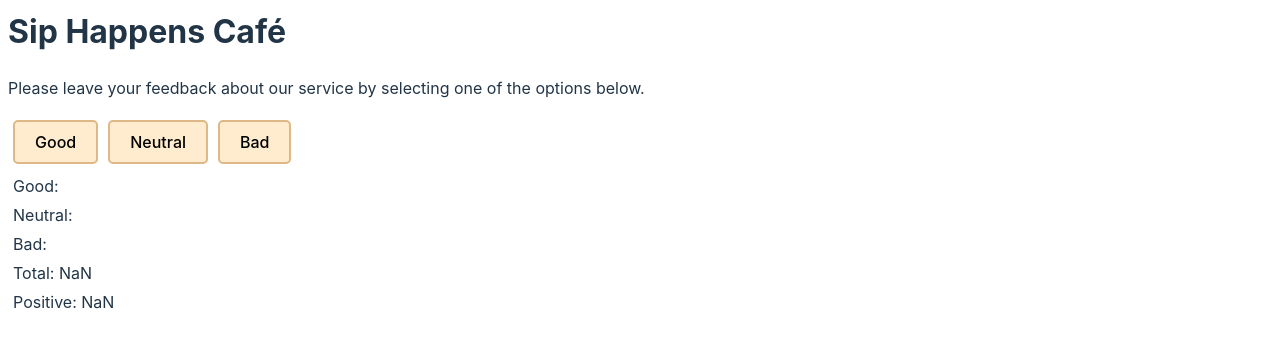
Repository: Evgeniya-Tishakova/goit-react-hw-02
Page: /
These files come from the project's save history. The page is drawn as it stood at one moment and after a run of saves; the edit follows.
The browser window is 1280 px wide. The pictures show the whole page.
The project was rebuilt for these pictures with package versions that can differ from the ones it lists, and the page was loaded fresh each time. Also part of the build but not shown: vite.config.js, src/components/Notification/Notification.jsx.

Above is the page before, as saved 2025-02-28 17:54:59.

### src/index.css
body {
  font-family: Inter, sans-serif;
  line-height: 1.5;
  font-weight: 400;
}

h1,
h2,
p {
  margin: 0;
}

ul,
ol {
  margin: 0;
  padding: 0;
}

img {
  display: block;
  max-width: 100%;
}

button {
  border-radius: 8px;
  border: 1px solid transparent;
  padding: 0.6em 1.2em;
  font-size: 1em;
  font-weight: 500;
  font-family: inherit;
  background-color: #fff;
  cursor: pointer;
  transition: border-color 0.25s;
}

button:hover {
  border-color: #646cff;
}

button:focus,
button:focus-visible {
  outline: 4px auto -webkit-focus-ring-color;
}

@media (prefers-color-scheme: light) {
  :root {
    color: #213547;
    background-color: #ffffff;
  }

  a:hover {
    color: #747bff;
  }

  button {
    /* background-color: #f9f9f9; */
  }
}

### src/components/App/App.jsx
import { useEffect, useState } from "react";

import Feedback from "../Feedback/Feedback.jsx";
import Options from "../Options/Options.jsx";
import Description from "../Description/Description.jsx";
import Notification from "../Notification/Notification.jsx";

export default function App() {
  const [rewiewType, setRewiewType] = useState(() => {
    const saveRewiew = localStorage.getItem("current-effect");

    if (saveRewiew != null) {
      return JSON.parse(saveRewiew);
    }

    return 0;
  });

  const totalFeedback = rewiewType.good + rewiewType.neutral + rewiewType.bad;

  const positiveFeedback = Math.round((rewiewType.good / totalFeedback) * 100);

  const hasFeedback = totalFeedback > 0;

  useEffect(() => {
    localStorage.setItem("current-effect", JSON.stringify(rewiewType));
  });

  const updateFeedback = (feedbackType) => {
    setRewiewType({
      ...rewiewType,
      [feedbackType]: rewiewType[feedbackType] + 1,
    });
  };

  const resetFeedback = () => {
    setRewiewType({
      good: 0,
      neutral: 0,
      bad: 0,
    });
  };
  return (
    <>
      <Description />
      <Options
        updateFeedback={updateFeedback}
        resetFeedback={resetFeedback}
        isShown={totalFeedback > 0}
      />
      <Feedback
        rewiewType={rewiewType}
        totalFeedback={totalFeedback}
        positiveFeedback={positiveFeedback}
        hasFeedback={hasFeedback}
      />
      {totalFeedback < 0 && <Notification />}
    </>
  );
}

### src/components/Feedback/Feedback.jsx
import css from "./Feedback.module.css";

export default function Feedback({
  rewiewType: { good, neutral, bad },
  totalFeedback,
  positiveFeedback,
}) {
  return (
    <div>
      <p className={css.descr}>Good: {good}</p>
      <p className={css.descr}>Neutral: {neutral}</p>
      <p className={css.descr}>Bad: {bad}</p>
      <p className={css.descr}>Total: {totalFeedback}</p>
      <p className={css.descr}>Positive: {positiveFeedback}</p>
    </div>
  );
}

### src/components/Options/Options.jsx
import css from "./Options.module.css";

export default function Options({
  updateFeedback,
  resetFeedback,
  isShown,
  hasFeedback,
}) {
  return (
    <div>
      <button className={css.button} onClick={() => updateFeedback("good")}>
        Good
      </button>
      <button className={css.button} onClick={() => updateFeedback("neutral")}>
        Neutral
      </button>
      <button className={css.button} onClick={() => updateFeedback("bad")}>
        Bad
      </button>
      {isShown && (
        <button
          className={css.button}
          onClick={resetFeedback}
          disabled={!hasFeedback}
        >
          Reset
        </button>
      )}
      {}
    </div>
  );
}

### src/components/Description/Description.jsx
import css from "./Description.module.css";

export default function Description() {
  return (
    <div>
      <h1 className={css.title}>Sip Happens Café</h1>
      <p className={css.descr}>
        Please leave your feedback about our service by selecting one of the
        options below.
      </p>
    </div>
  );
}

### src/components/Feedback/Feedback.module.css
.descr {
    margin: 5px;
}

### src/components/Options/Options.module.css
.button {
    border: 2px solid burlywood;
    padding: 10px 20px;
    background-color: blanchedalmond;
    margin: 5px;
    border-radius: 5px;
    cursor: pointer;
}

button:hover {
    background-color: skyblue;
}

button:active {
    background-color: aqua;
}

### src/components/Description/Description.module.css
.title {
    margin-bottom: 20px;
}

.descr {
    margin-bottom: 15px;
}

Loaded but not shown: index.html (common file); src/main.jsx (common file)

After the next 2 saves:
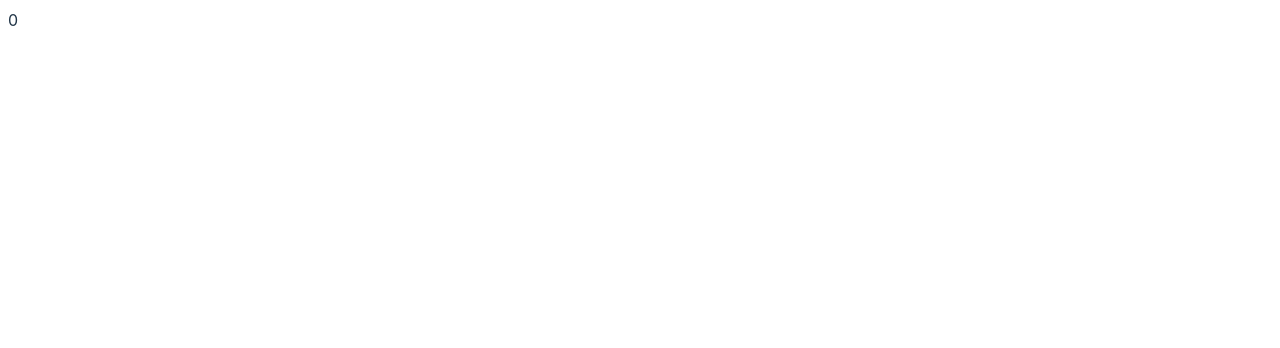
The 2 saves are shown as one change because 1 did not build or start.
The last was saved 2 h 6 min later.
--- a/src/components/App/App.jsx
+++ b/src/components/App/App.jsx
@@ -6,15 +6,19 @@
 import Notification from "../Notification/Notification.jsx";
 
 export default function App() {
-  const [rewiewType, setRewiewType] = useState(() => {
-    const saveRewiew = localStorage.getItem("current-effect");
+  const [rewiewType, setRewiewType] = useState(() => ({
+    good: 0,
+    neutral: 0,
+    bad: 0,
+  }));
 
-    if (saveRewiew != null) {
-      return JSON.parse(saveRewiew);
-    }
+  const saveRewiew = localStorage.getItem("current-effect");
 
-    return 0;
-  });
+  if (saveRewiew != null) {
+    return JSON.parse(saveRewiew);
+  }
+
+  return 0;
 
   const totalFeedback = rewiewType.good + rewiewType.neutral + rewiewType.bad;
 

After the save that followed:
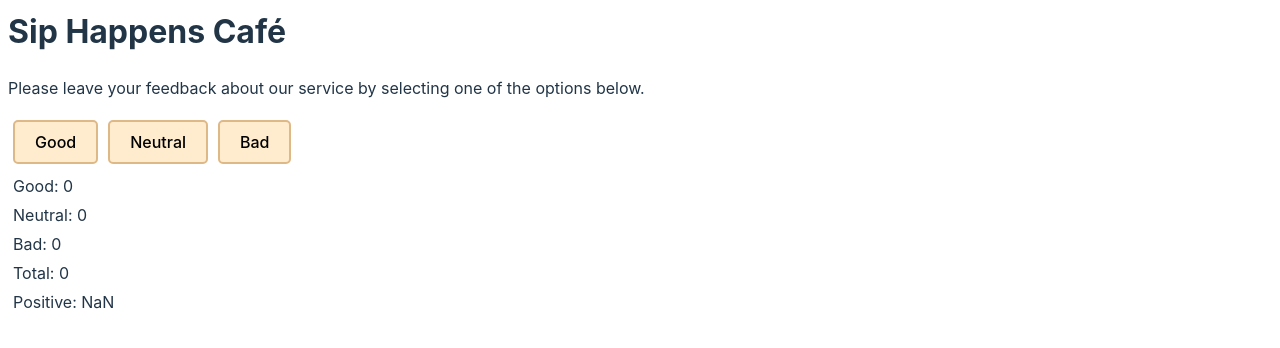
Saved 11 s later.
--- a/src/components/App/App.jsx
+++ b/src/components/App/App.jsx
@@ -17,8 +17,6 @@
   if (saveRewiew != null) {
     return JSON.parse(saveRewiew);
   }
-
-  return 0;
 
   const totalFeedback = rewiewType.good + rewiewType.neutral + rewiewType.bad;
 
